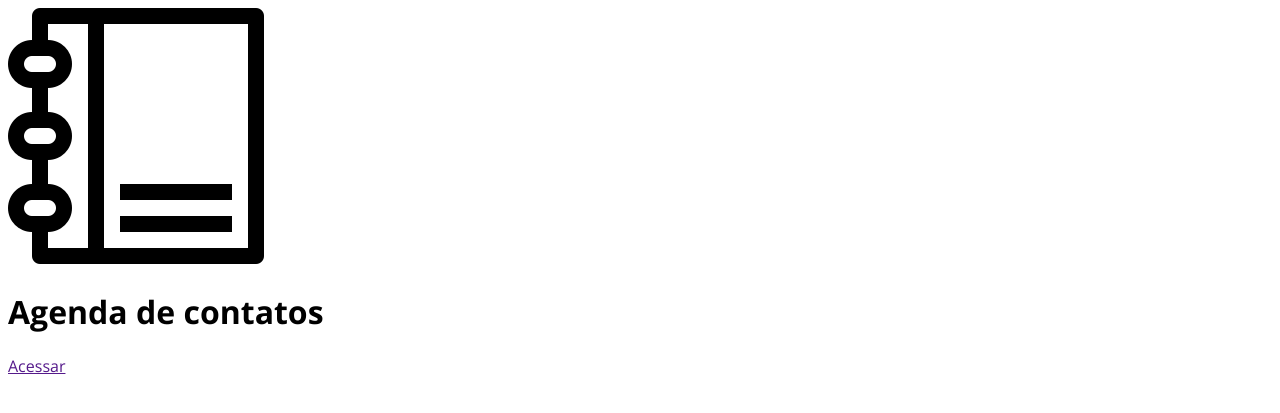
Repository: ricardolino-hub/agenda-dynamic-web-project
Page: http://localhost/Agenda/
An editor plug-in stored every save of this project. The page is shown before and after the next save, followed by the edit.
The browser window is 1280 px wide. The pictures show the whole page.
The page is served by Tomcat 9. Other server files are loaded and not shown.

Above is the page before, as saved 2023-08-25 22:41:42.

### Agenda/src/main/webapp/index.html

<!DOCTYPE html>
<html lang="pt-br">
<head>
<meta charset="UTF-8">
<title>Agenda de contatos</title>
<link rel="icon" href="images/telephone.png">
<link rel="stylesheet" href="style.css">
</head>
<body>
	<img src="images/agenda.png">
	<h1>Agenda de contatos</h1>
	<a href="">Acessar</a>
</body>
</html>

### Agenda/src/main/webapp/style.css
@charset "UTF-8";
@import url('https://fonts.googleapis.com/css2?family=Open+Sans:wght@400;700&display=swap');

body {
	font-family: 'Open Sans', sans-serif;
	font-size: 1em;
	font-weight: 400;
}

After the next save:
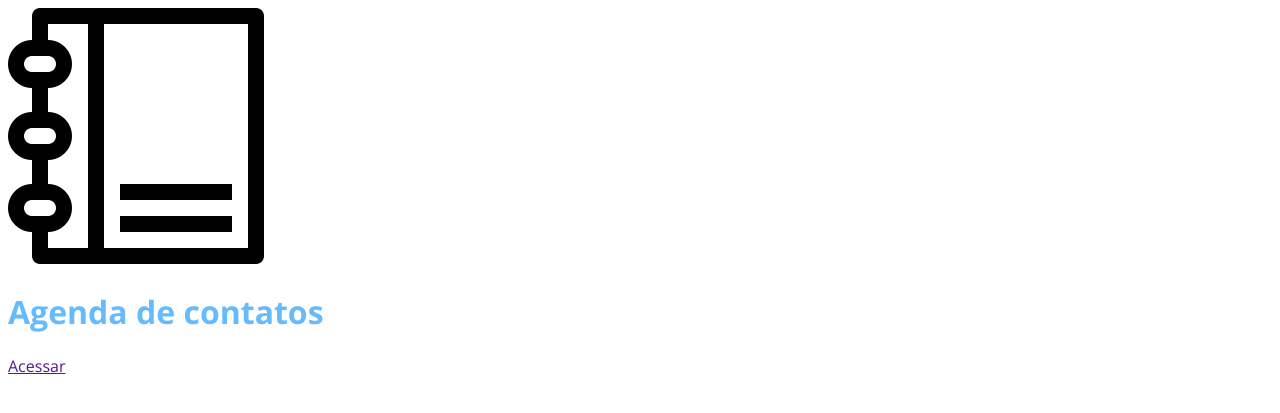
Saved 33 s later.
--- a/Agenda/src/main/webapp/style.css
+++ b/Agenda/src/main/webapp/style.css
@@ -6,3 +6,7 @@ body {
 	font-size: 1em;
 	font-weight: 400;
 }
+
+h1 {
+	color: #66bbff;
+}
